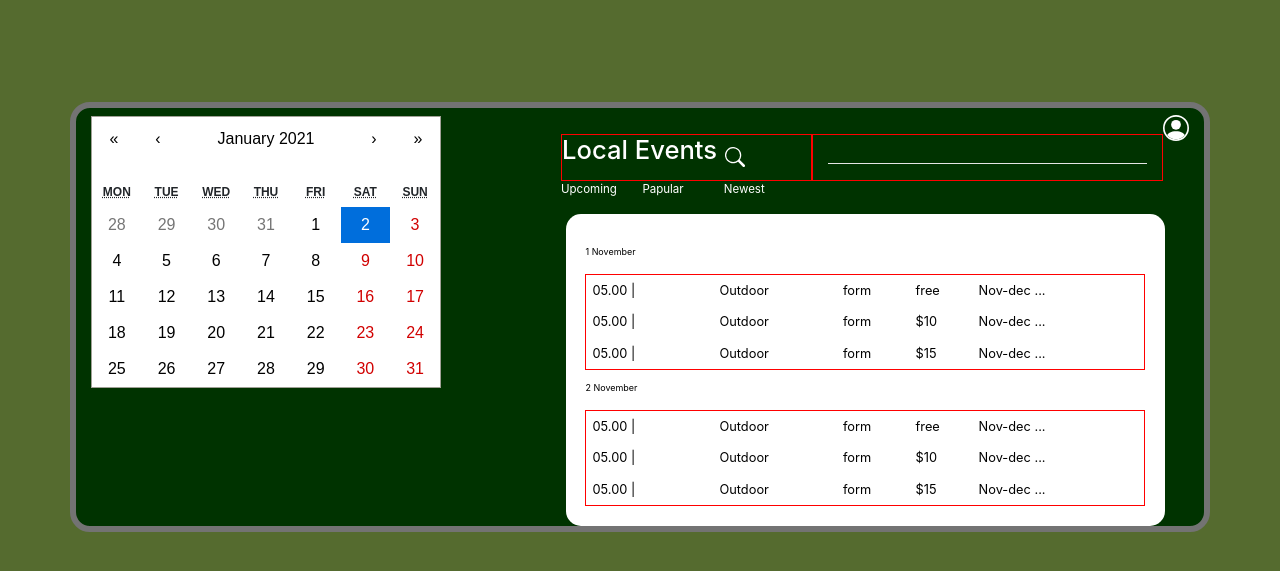
Repository: lalji-yadav/Calendar-code
Page: /
An editor plug-in stored every save of this project. The page is shown before and after the next save, followed by the edit.
The browser window is 1280 px wide. The pictures show the whole page.
The project was rebuilt for these pictures with package versions that can differ from the ones it lists, and the page was loaded fresh each time. Also part of the build but not shown: src/App.css.

Above is the page before, as saved 2021-01-04 11:17:48.

After the next save:
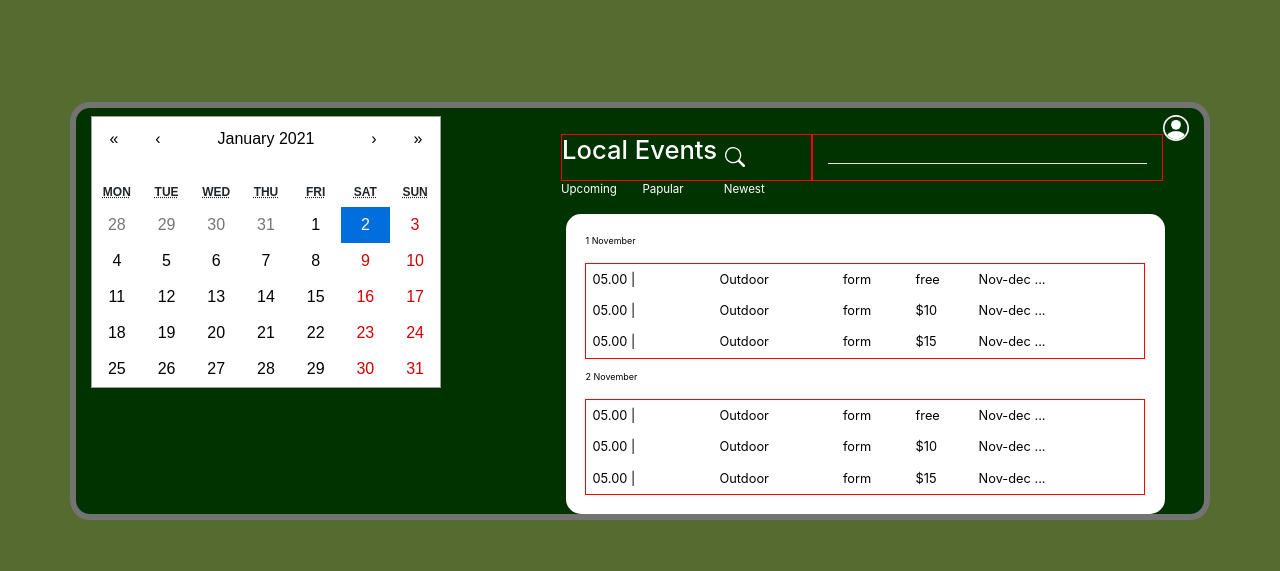
Saved 14 s later.
--- a/src/calendar/Home.js
+++ b/src/calendar/Home.js
@@ -54,7 +54,7 @@ function Home() {
 
           <div className="tablebox">
 
-            <p style={{paddingTop:"2%", fontSize:"0.7vw"}}> 1 November </p>
+            <p style={{fontSize:"0.7vw"}}> 1 November </p>
                 <table  style={{width:"100%", fontSize:"1vw", border:"1px solid red"}}>
 
                     <tbody>
